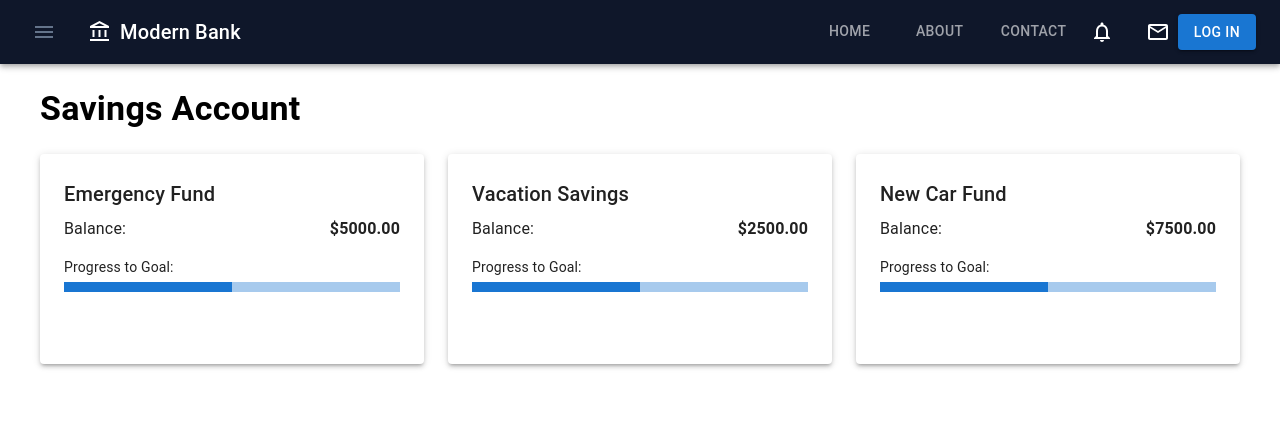
Repository: MohammadMazloum123/Moder-Bank-Full-Stack-Project
Page: /savings-account (app in Desktop/front-modernbank/front-modernbank/)
The author's editor kept a copy of each file at every save. The page is drawn from the files as they stood at one save, then again after the next save.
The browser window is 1280 px wide. The pictures show the whole page.
The project was rebuilt for these pictures with package versions that can differ from the ones it lists, and the page was loaded fresh each time. Also part of the build but not shown: Desktop/front-modernbank/front-modernbank/src/components/HomePage.jsx, Desktop/front-modernbank/front-modernbank/src/transactions/NewTransaction.tsx, Desktop/front-modernbank/front-modernbank/src/transactions/TransactionsHistory.tsx.

Above is the page before, as saved 2024-11-18 17:27:33.

### Desktop/front-modernbank/front-modernbank/public/index.html
<!DOCTYPE html>
<html lang="en">
  <head>

    <meta charset="utf-8" />
    <link rel="icon" href="%PUBLIC_URL%/favicon.ico" />
    <meta name="viewport" content="width=device-width, initial-scale=1" />
    <meta name="theme-color" content="#000000" />
    <meta
      name="description"
      content="Web site created using create-react-app"
    />
    <link rel="apple-touch-icon" href="%PUBLIC_URL%/logo192.png" />

    <link rel="manifest" href="%PUBLIC_URL%/manifest.json" />

    <title>Modern Bank App</title>
    <style>
      body{
        margin: 0;
        padding: 0;
        box-sizing: border-box;
      }
    </style>
  </head>
  <body>
    <noscript>You need to enable JavaScript to run this app.</noscript>
    <div id="root"></div>
  </body>
</html>

### Desktop/front-modernbank/front-modernbank/src/App.js
import React from "react";
import { Box} from "@mui/material";
import NavBar from "./components/NavBar";
import {BrowserRouter as Router} from "react-router-dom";
import AppRoutes from "./route/AppRoutes.tsx";


function App() {
  return (
    <Router>
      <Box>
        <NavBar/>
      </Box>
      <AppRoutes/>
    </Router>
  );
}

export default App;

### Desktop/front-modernbank/front-modernbank/src/components/NavBar.jsx
import { AppBar, Toolbar, Typography, Tabs, Tab, Button, Box } from '@mui/material'
import React, { useState } from 'react'
import DrawerComp from '../DrawerComp';
import NotificationsNoneOutlinedIcon from '@mui/icons-material/NotificationsNoneOutlined';
import EmailOutlinedIcon from '@mui/icons-material/EmailOutlined';
import { AccountBalanceOutlined } from '@mui/icons-material';
import { Link } from 'react-router-dom';

const NavBar = () => {
    const [value, setvalue] = useState();
return (
    <AppBar position='sticky' sx={{bgcolor:"#0f172a"}}>
        <Toolbar>

                <DrawerComp/>
                <Box display="flex" alignItems="center" flex={3} ml={3}>
                    <AccountBalanceOutlined fontSize='medium' sx={{ color: "white", mr: 1 }} />
                        <Typography variant='h6' color='inherit'>
                            Modern Bank
                        </Typography>
                </Box>
            <Box display="flex" flex={0.7} justifyContent="center">
                <Tabs
                textColor='inherit'
                indicatorColor='secondary'
                value={value}
                onChange={(e, value) => setvalue(value)}
                >
                        <Tab LinkComponent={Link} to="/" label="Home"/>
                        <Tab label="About"/>
                        <Tab label="Contact"/>
                </Tabs>
            </Box>
            <Box display="flex" flex={0.4} alignItems="center" justifyContent="center">
                <NotificationsNoneOutlinedIcon sx={{mr:4}}/>
                <EmailOutlinedIcon/>
            </Box>
            <Box display="flex" justifyContent="flex-end">
                <Button sx={{marginLeft:'auto'}} variant='contained'>Log In</Button>
            </Box>
        </Toolbar>
    </AppBar>
)
}

export default NavBar

### Desktop/front-modernbank/front-modernbank/src/route/AppRoutes.tsx
import React from 'react'
import {Routes, Route} from "react-router-dom";
import HomePage from '../components/HomePage';
import NewTransaction from '../transactions/NewTransaction.tsx';
import TransactionsHistory from '../transactions/TransactionsHistory.tsx';
import SavingsAccount from '../savings/SavingsAccount.tsx';

const AppRoutes = () => {
    return (
        <Routes>
            <Route path='/' element={<HomePage/>}/>
            <Route path='/new-transactions' element={<NewTransaction/>}/>
            <Route path='/transactions-history' element={<TransactionsHistory/>}/>
            <Route path='/savings-account' element={<SavingsAccount/>}/>
        </Routes>
    )
}

export default AppRoutes

### Desktop/front-modernbank/front-modernbank/src/DrawerComp.jsx
import React, {useState} from 'react'
import MenuIcon from '@mui/icons-material/Menu';
import {
    Drawer,
    IconButton,
    List,
    ListItemButton,
    ListItemIcon,
    ListItemText,
    Typography,
    Collapse,
    Divider,
    Box,
    Switch
    } from '@mui/material';

import {
    ExpandLess,
    ExpandMore,
    AddOutlined,
    SavingsOutlined,
    HistoryOutlined,
    CreditCardOutlined,
    TrendingUpOutlined,
    AccountBalanceOutlined,
    PercentOutlined,
    AttachMoneyOutlined,
    ShowChartOutlined,
    LogoutOutlined,
} from "@mui/icons-material";
import { Link } from 'react-router-dom';


const DrawerComp = () => {
    const [OpenDrawer, setOpenDrawer] = useState(false);
      // Dropdown states
        const [transactionsOpen, setTransactionsOpen] = useState(false);
        const [savingsOpen, setSavingsOpen] = useState(false);
        const [expenseTracker, setExpenseTracker] = useState(false);

return (
    <>
        <Drawer
        open={OpenDrawer}
        onClose={() => setOpenDrawer(false)}
        sx={{padding: "16px"}}
        >
        <Typography
            variant="h6"
            sx={{
            padding: 2,
            textAlign: "center",
            bgcolor: "#0f172a",
            color: "white",
        }}
        >
            Modern Bank
        </Typography>
        <Divider/>

            <List sx={{p: 2 ,width:"340px"}}>
                {/* Account Transactions Dropdown */}
                <ListItemButton onClick={() => setTransactionsOpen(!transactionsOpen)}>
                    <ListItemIcon>
                        <CreditCardOutlined/>
                    </ListItemIcon>
                    <ListItemText primary="Transactions"/>
                    {transactionsOpen ? <ExpandLess/> : <ExpandMore/>}
                </ListItemButton>
                <Collapse in={transactionsOpen} timeout="auto" unmountOnExit>
                    <List component="div" disablePadding sx={{pl : 2}}>
                        <ListItemButton component={Link} to="/new-transactions">
                            <ListItemIcon>
                                <AddOutlined fontSize='small'/>
                            </ListItemIcon>
                        <ListItemText primary="New Transactions"/>
                        </ListItemButton>
                        <ListItemButton component={Link} to="/transactions-history">
                            <ListItemIcon>
                                <HistoryOutlined fontSize='small'/>
                            </ListItemIcon>
                        <ListItemText primary="Transactions History"/>
                        </ListItemButton>
                    </List>
                </Collapse>
                <Divider/>
                {/* Savings Dropdown */}
                <ListItemButton onClick={() => setSavingsOpen(!savingsOpen)}>
                    <ListItemIcon>
                        <SavingsOutlined fontSize='small'/>
                    </ListItemIcon>
                    <ListItemText primary="Savings"/>
                    {savingsOpen ? <ExpandLess/> : <ExpandMore/>}
                </ListItemButton>
                <Collapse in={savingsOpen} timeout="auto" unmountOnExit>
                    <List component="div" disablePadding sx={{pl : 2}}>
                        <ListItemButton component={Link} to="/savings-account">
                            <ListItemIcon>
                                <AccountBalanceOutlined fontSize='small'/>
                            </ListItemIcon>
                            <ListItemText primary="Savings Account"/>
                        </ListItemButton>
                        <ListItemButton>
                            <ListItemIcon>
                                <TrendingUpOutlined fontSize='small'/>
                            </ListItemIcon>
                            <ListItemText primary="Savings Goals"/>
                        </ListItemButton>
                        <ListItemButton>
                            <ListItemIcon>
                                <PercentOutlined fontSize='small'/>
                            </ListItemIcon>
                            <ListItemText primary="Interest Rate"/>
                        </ListItemButton>
                    </List>
                </Collapse>
                <Divider/>
            <ListItemButton onClick={() => setExpenseTracker(!expenseTracker)}>
                <ListItemIcon>
                    <AttachMoneyOutlined fontSize='small'/>
                </ListItemIcon>
                    <ListItemText primary="Expense Tracker" />
                    {transactionsOpen ? <ExpandLess/> : <ExpandMore/>}
            </ListItemButton>
            <Collapse in={expenseTracker} timeout="auto" unmountOnExit>
                <List component="div" disablePadding sx={{pl : 2}}>
                    <ListItemButton>
                        <ListItemIcon>
                            <ShowChartOutlined fontSize='small'/>
                        </ListItemIcon>
                        <ListItemText primary="Track Expenses"/>
                    </ListItemButton>
                </List>
            </Collapse>
              {/* Dark Mode Switch */}
        <Box display="flex" alignItems="center" mt={2}>
            <Typography variant="body1" sx={{ flexGrow: 1 }}>
                Dark Mode
            </Typography>
            <Switch
                inputProps={{ 'aria-label': 'Dark Mode Switch' }}
            />

            <ListItemButton>
                        <ListItemText primary="Log Out"/>
                        <ListItemIcon>
                            <LogoutOutlined/>
                        </ListItemIcon>
                    </ListItemButton>
        </Box>
            </List>
        </Drawer>
        {/* Drawer Toggle Button */}
        <IconButton onClick={() => setOpenDrawer(!OpenDrawer)}>
            <MenuIcon sx={{color:"#64748b"}}/>
        </IconButton>
    </>
)
}

export default DrawerComp

### Desktop/front-modernbank/front-modernbank/src/savings/SavingsAccount.tsx
import React, { useState } from 'react';
import {
    Typography,
    Box,
    Paper,
    Grid,
    Button,
    Table,
    TableBody,
    TableCell,
    TableContainer,
    TableHead,
    TableRow,
    LinearProgress,
    Chip,
    Dialog,
    DialogTitle,
    DialogContent,
    DialogActions,
    TextField,
} from '@mui/material';

// Mock data for demonstration
const mockSavingsAccounts = [
    { id: 1, name: 'Emergency Fund', balance: 5000, goal: 10000, interestRate: 1.5, lastTransaction: '2023-05-15' },
    { id: 2, name: 'Vacation Savings', balance: 2500, goal: 5000, interestRate: 2.0, lastTransaction: '2023-05-10' },
    { id: 3, name: 'New Car Fund', balance: 7500, goal: 15000, interestRate: 1.8, lastTransaction: '2023-05-20' },
];

const SavingsAccount = () => {
    const [openDialog, setOpenDialog] = useState(false);
    const [accounts, setAccounts] = useState(mockSavingsAccounts);
    const [newAccount, setNewAccount] = useState({name:'', goal:''})

    const handleOpenDialog = () => setOpenDialog(true);
    const handleCloseDialog = () => setOpenDialog(false);

    const handleAccount = () => {
        if(newAccount.name && newAccount.goal){
            const newAccountData = {
                id: accounts.length + 1,
                name: newAccount.name,
                balance: 0 ,
                goal: parseFloat(newAccount.name),
                interestRate : 1.5,
                lastTransaction: new Date().toISOString().split('T')[0],
            };
            setAccounts([...accounts, newAccountData]);
            setNewAccount({name:'', goal:''});
            handleCloseDialog();
        }
    };
return (
    <Box sx={{maxWidth:1200, mx:'auto', p:3}}>
        <Typography component="h1" variant='h4' gutterBottom sx={{fontWeight:'bold', mb:3}}>
            Savings Account
        </Typography>
        <Grid container spacing={3} sx={{mb:3}}>
            {accounts.map((account) =>(
                <Grid item xs={12} md={4} key={account.id}>
                    <Paper elevation={3} sx={{display:'flex', height:'100%', flexDirection:'column', p: 3}}>
                        <Typography variant='h6' gutterBottom>{account.name}</Typography>
                        <Box sx={{display:'flex', justifyContent:'space-between', mb:2}}>
                            <Typography variant='body1'>Balance:</Typography>
                            <Typography variant='body1' fontWeight='bold'>${account.balance.toFixed(2)}</Typography>
                        </Box>
                        <Box>
                            <Typography variant='body2' gutterBottom>Progress to Goal:</Typography>
                            <LinearProgress
                            variant='determinate'
                            value={(account.balance / account.goal * 100)}
                            sx={{height : 10, mt : 0.5}}
                            />
                        </Box>
                    </Paper>
                </Grid>
            ))}

        </Grid>
    </Box>
)
}

export default SavingsAccount

Loaded but not shown: Desktop/front-modernbank/front-modernbank/src/index.js (common file); Desktop/front-modernbank/front-modernbank/src/reportWebVitals.js (common file)

After the next save:
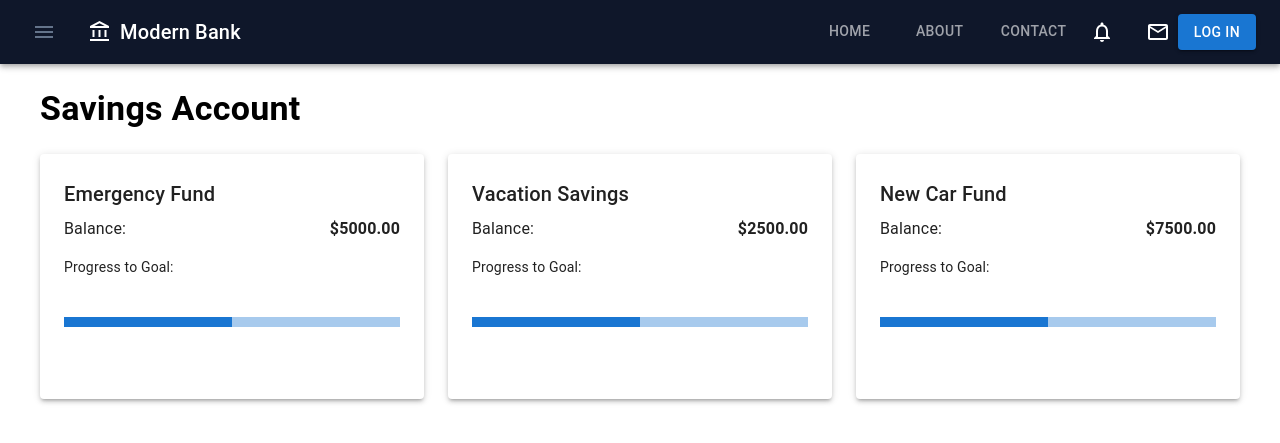
Saved 8 s later.
--- a/Desktop/front-modernbank/front-modernbank/src/savings/SavingsAccount.tsx
+++ b/Desktop/front-modernbank/front-modernbank/src/savings/SavingsAccount.tsx
@@ -69,7 +69,7 @@
                             <LinearProgress
                             variant='determinate'
                             value={(account.balance / account.goal * 100)}
-                            sx={{height : 10, mt : 0.5}}
+                            sx={{height : 10, mt : 5}}
                             />
                         </Box>
                     </Paper>

After the save that followed:
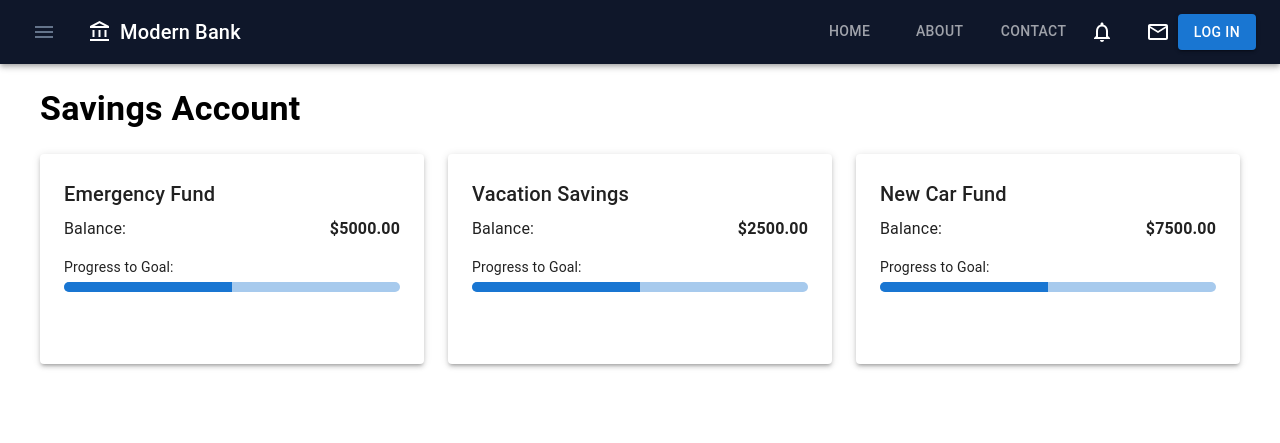
Saved 5 s later.
--- a/Desktop/front-modernbank/front-modernbank/src/savings/SavingsAccount.tsx
+++ b/Desktop/front-modernbank/front-modernbank/src/savings/SavingsAccount.tsx
@@ -69,7 +69,7 @@
                             <LinearProgress
                             variant='determinate'
                             value={(account.balance / account.goal * 100)}
-                            sx={{height : 10, mt : 5}}
+                            sx={{height : 10, borderRadius : 5}}
                             />
                         </Box>
                     </Paper>
